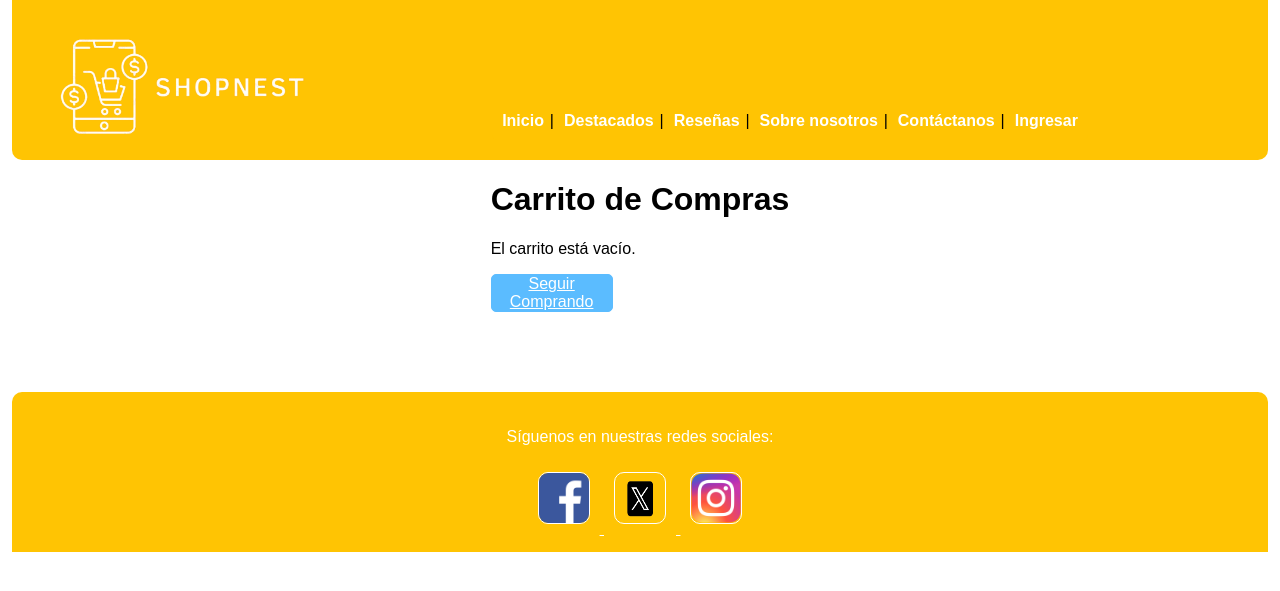
Repository: Regmalek07/ProyectoU
Page: carrito.html
The author's editor kept a copy of each file at every save. The page is drawn from the files as they stood at one save, then again after the next save.
The browser window is 1280 px wide. The pictures show the whole page.

Above is the page before, as saved 2024-04-30 02:12:53.

### carrito.html
<!DOCTYPE html>
<html lang="es">
<head>
    <meta charset="UTF-8">
    <meta name="viewport" content="width=device-width, initial-scale=1.0">
    <title>Carrito de Compras</title>
    <link rel="stylesheet" href="styles/styles1.css">
</head>
<body>
    <header>
        <div class="logo">
            <a href="home.html">
                <img src="images/Logo_1.png" alt="LogoShop">
            </a>
        </div>
            <nav class="menu-container">
                <ul>
                    <li><a href="home.html">Inicio</a><span>|</span></li>
                    <li><a href="destacado.html">Destacados</a><span>|</span></li>
                    <li><a href="resena.html">Reseñas</a><span>|</span></li>
                    <li><a href="sobre_nosotros.html">Sobre nosotros</a><span>|</span></li>
                    <li><a href="contacto.html">Contáctanos</a><span>|</span></li>
                    <li id="btCarrito"><a href="carrito.html">Carrito</a><span>|</span></li>
                    <li id="btIngresar" class="menu"> <!-- Cambia la clase a "menu" -->
                        <a>Ingresar</a>
                        <ul>
                            <li><a href="inicio_sesion.html">Iniciar Sesion</a></li>
                            <li><a href="registro.html">Regístrate</a></li>
                        </ul>
                    </li>
                </ul>
            </nav>
        <nav>
            <button id="logout-button" onclick="logout()" style="display: none;">Cerrar sesión</button>
        </nav>
    </header>

    <main>
        <h1>Carrito de Compras</h1>
        <div id="carrito-container">
            <!-- Aquí se mostrarán los artículos del carrito -->
        </div>
        <div class="comprar">
            <a href="home.html">Seguir Comprando</a>
        </div>
    </main>

    <footer>
        <p>Síguenos en nuestras redes sociales:</p>
        <div>
            <a href="https://www.facebook.com/tu_pagina" target="_blank">
                <img src="images/faceLogo.png" alt="Facebook" class="redes">
            </a>
            <a href="https://twitter.com/tu_pagina" target="_blank">
                <img src="images/xLogo.png" alt="Twitter" class="redes">
            </a>
            <a href="https://www.instagram.com/tu_pagina" target="_blank">
                <img src="images/instaLogo.png" alt="Instagram" class="redes">
            </a>
        </div>
    </footer>
    <script src="agregarcarrito.js"></script>
    <script src="carrito.js"></script>
    <script src="localsesion.js"></script>
</body>
</html>

### styles/styles1.css
/* Estilos generales */
body {
    font-family: Arial, sans-serif;
    margin: 0;
    padding: 0;
    display: flex;
    flex-direction: column;
    align-items: center;
}

header {
    background-color: #ffc403;
    padding: 20px;
    display: flex;
    justify-content: space-between;
    align-items: center;
    max-height: 120px;
    width: 95%;
    border-bottom-left-radius: 10px;
    border-bottom-right-radius: 10px;
}

footer {
    background-color: #ffc403;
    margin-top: 80px;
    padding: 20px;
    text-align: center;
    max-height: 120px;
    width: 95%;
    border-top-left-radius: 10px;
    border-top-right-radius: 10px;
}

footer a, footer p {
    color: #fff;
}

.logo img {
    width: 300px;
}

.catalogo {
    text-align: center;
    padding: 20px;
}

.productos {
    display: flex;
    justify-content: center;
    flex-wrap: wrap;
    gap: 20px;
    height: 550px;
}

.producto {
    margin: 20px;
    padding: 20px;
    border: 1px solid #ccc;
    border-radius: 10px;
    width: 250px;
}

.producto img {
    width: 100%;
    height: 50%;
    border-radius: 10px;
}

.producto h2 {
    margin-top: 10px;
}

.producto p {
    margin-top: 10px;
}

button {
    background-color: #5BBCFF;
    color: #fff;
    padding: 10px 20px;
    border: none;
    border-radius: 5px;
    cursor: pointer;
}

.menu-container {
    background-color: #ffc403; /* Color del encabezado */
    padding: 10px 0; /* Agrega un poco de espacio alrededor del menú */
    padding: 10px;
    border-left: 2px;
    border-right: 2px;
    border-bottom: 2px;
    border-bottom-left-radius: 5px;
    border-bottom-right-radius: 5px;
}

nav {
    margin-top: auto;

}

nav ul {
    list-style-type: none;
    margin: 0;
    padding: 0;
    display: flex;
    justify-content: center;
}

nav li {
    margin-right: 20px;
    position: relative;
}

nav li:last-child {
    margin-right: 0;
}

nav span {
    position: absolute;
    top: 50%;
    right: -10px;
    transform: translateY(-50%);
}

nav a {
    text-decoration: none;
    color: #fff;
    font-weight: bold;
}

nav a:hover {
    color: #105;
}

.menu {
    position: relative;
    text-align: center;
}

.menu ul {
    list-style-type: none;
    padding: 0;
    margin: 0;
    display: none; /* Oculta las opciones por defecto */
    position: absolute;
    left: 0;
    width: 150px;
    background-color: #ffc403; /* Color de fondo */
    border-radius: 5px; /* Redondea las esquinas */
}

.menu:hover ul {
    display: block; /* Muestra las opciones al pasar el ratón */
}

.menu ul li:first-child {
    border-top: none; /* Elimina el borde superior del primer elemento */
}

.menu ul li a {
    display: block;
    text-decoration: none;
    color: #fff; /* Color del texto */
    padding: 10px; /* Añade un relleno */
    width: 150px;
}

.menu ul li a:hover {
    color: #000; /* Cambia el color del texto al pasar el ratón */
}

.redes {
    margin: 10px;
    width: 50px;
    height: 50px;
    border: 1px solid #fff;
    border-radius: 10px;
}

.comprar {
    background-color: #5BBCFF;
    margin-top: 10px;
    height: auto;
    width: 120px;
    border: 1px solid #5BBCFF;
    border-radius: 5px;
    text-align: center;
}

.comprar a {
    text-align: center;
    color: #fff;
}

.imagen-producto {
    width: 100px; /* Ancho deseado */
    height: auto; /* Altura automática para mantener la proporción */
    /* Otros estilos si es necesario */
}

### agregarcarrito.js
// Definir la función para agregar un producto al carrito
function agregarAlCarrito(idProducto) {
    var productos = {
        "productos": [
            {
                "id": "producto1",
                "nombre": "Poratil ARIPro Gf16",
                "descripcion": "Fyzen 5 5535h, 8 Ram, 512 Ssd, pantalla táctil, Ideal para diseño",
                "precio": 2759000,
                "imagen": "portatil6.png"
            },
            {
                "id": "producto2",
                "nombre": "Poratil Pearpro 13 2024",
                "descripcion": "Laptop para trabajo, Chip N1, 256 GB de SSD, 8 GB de RAM",
                "precio": 2990000,
                "imagen": "Portatil2.png"
              },
              {
                "id": "producto3",
                "nombre": "Poratil Itech9 15.6'' 2023",
                "descripcion": "Para trabajar, estudiar, Ithel 12th, 256 GB de SSD, 8 GB de RAM",
                "precio": 1990000,
                "imagen": "portatil3.png"
              },
              {
                "id": "producto4",
                "nombre": "Poratil Lectus 16 Gaming",
                "descripcion": "Fyzen 5 7535hs 8 Ram 512 Ssd mtx 250 color negro mate",
                "precio": 2990000,
                "imagen": "portatil4.png"
              },
              {
                "id": "producto5",
                "nombre": "Poratil ARIPro Gf16",
                "descripcion": "Ithel 5 13th 16 Ram 512 Ssd mtx 350 color negro mate",
                "precio": 3990000,
                "imagen": "Portatil1.png"
              },
              {
                "id": "producto6",
                "nombre": "Potatil Innovi Q 15.6'' Gamgin",
                "descripcion": "Ithel 7 13th 16 Ram 512 m.2 nmve htx 450 color azul neon",
                "precio": 4390000,
                "imagen": "portatil5.png"
              },
              {
                "id": "producto7",
                "nombre": "Teclado Itech K52",
                "descripcion": "Retroiluminado antisalpicaduras color negro",
                "precio": 190000,
                "imagen": "teclado1.jpg"
              },
              {
                "id": "producto8",
                "nombre": "Diadema Itech Ares 210",
                "descripcion": "Con cancelación de ruido, sonido superior y sin límites",
                "precio": 263000,
                "imagen": "audifono1.jpg"
              },
              {
                "id": "producto9",
                "nombre": "Mouse Itech G110",
                "descripcion": "RGB, 6 botones, 8000dpi color negro con acabados fuscia",
                "precio": 153900,
                "imagen": "mouse1.png"
              },
              {
                "id": "producto10",
                "nombre": "Mouse Itech Zeta3",
                "descripcion": "6 botones, 6000dpi color negro, agarre antideslizante",
                "precio": 989000,
                "imagen": "mouse2.png"
              },
              {
                "id": "producto11",
                "nombre": "Teclado Irsat Z310",
                "descripcion": "Teclado 70%, Retroiluminado Rgb, Conexion Usb C",
                "precio": 240000,
                "imagen": "teclado2.png"
              },
              {
                "id": "producto12",
                "nombre": "Diadema JBlues",
                "descripcion": "Canceclacion de ruido, Conexión BT, jJack 3.0",
                "precio": 372000,
                "imagen": "audifono2.png"
              },
              {
                "id": "producto13",
                "nombre": "Silla V5 Cold Ergnomic",
                "descripcion": "Confortable y duradera, apoyabrazos ajustables",
                "precio": 1990000,
                "imagen": "silla3.png"
              },
              {
                "id": "producto14",
                "nombre": "Silla Ergonómica SecretWork",
                "descripcion": "Con sistema ergonomico y mejora de postura",
                "precio": 990000,
                "imagen": "silla2.png"
              },
              {
                "id": "producto15",
                "nombre": "Silla Gamer Anubis V201",
                "descripcion": "Ergonómica y confiable, comodidad en todo momento",
                "precio": 1310000,
                "imagen": "silla1.png"
              }
        ]
    };

    // Buscar el producto por su ID en el JSON
    var productoSeleccionado = productos.productos.find(function(producto) {
        return producto.id === idProducto;
    });

    // Verificar si se encontró el producto
    if (productoSeleccionado) {
        // Obtener el carrito del almacenamiento local o crear uno vacío si no existe
        var carrito = JSON.parse(localStorage.getItem("carrito")) || [];

        // Agregar el producto al carrito
        carrito.push(productoSeleccionado);

        // Guardar el carrito actualizado en el almacenamiento local
        localStorage.setItem("carrito", JSON.stringify(carrito));

        // Notificar al usuario que el producto se agregó al carrito
        alert("El producto se ha agregado al carrito correctamente.");
    } else {
        // Notificar al usuario si no se encontró el producto
        alert("El producto seleccionado no está disponible.");
    }

}

### carrito.js
// Obtener el contenedor del carrito
var carritoContainer = document.getElementById("carrito-container");

// Función para mostrar los artículos del carrito
function mostrarCarrito() {
    // Obtener los datos del carrito del almacenamiento local
    var carrito = JSON.parse(localStorage.getItem("carrito")) || [];

    // Limpiar el contenido del contenedor del carrito
    carritoContainer.innerHTML = "";

    // Verificar si el carrito está vacío
    if (carrito.length === 0) {
        carritoContainer.innerHTML = "<p>El carrito está vacío.</p>";
    } else {
        // Recorrer cada artículo en el carrito
        carrito.forEach(function (producto) {
            // Crear elementos HTML para mostrar la información del producto
            var productoDiv = document.createElement("div");
            productoDiv.classList.add("producto-carrito");
            productoDiv.innerHTML = `
                <img src="images/${producto.imagen}" alt="${producto.nombre}">
                <h2>${producto.nombre}</h2>
                <p>${producto.descripcion}</p>
                <h3>${producto.precio}</h3>
                <button onclick="eliminarDelCarrito('${producto.id}')">Eliminar del carrito</button>
            `;

            // Agregar el producto al contenedor del carrito
            carritoContainer.appendChild(productoDiv);
        });
    }
}

// Función para eliminar un artículo del carrito
function eliminarDelCarrito(idProducto) {
    // Obtener el carrito del almacenamiento local
    var carrito = JSON.parse(localStorage.getItem("carrito")) || [];

    // Filtrar el carrito para excluir el producto con el ID dado
    var nuevoCarrito = carrito.filter(function (producto) {
        return producto.id !== idProducto;
    });

    // Guardar el nuevo carrito en el almacenamiento local
    localStorage.setItem("carrito", JSON.stringify(nuevoCarrito));

    // Actualizar la visualización del carrito
    mostrarCarrito();
}

// Llamar a la función mostrarCarrito cuando la página se cargue
document.addEventListener("DOMContentLoaded", mostrarCarrito);

### localsesion.js
// Función para cerrar sesión
function logout() {
    // Eliminar el estado de autenticación del almacenamiento local
    localStorage.removeItem("authenticated");
    // Redirigir al usuario al inicio de sesión
    window.location.href = "inicio_sesion.html";
}
document.addEventListener("DOMContentLoaded", function() {
    // Verificar el estado de autenticación al cargar la página
    var isAuthenticated = localStorage.getItem("authenticated");

    if (isAuthenticated) {
        // Si el usuario está autenticado, mostrar el botón de cierre de sesión
        document.getElementById("logout-button").style.display = "block";
    } else {
        // Si el usuario no está autenticado, ocultar el botón de cierre de sesión
        document.getElementById("logout-button").style.display = "none";
    }

    var btnIngresar = document.getElementById("btIngresar");

    if (isAuthenticated) {
        // Si el usuario está autenticado, ocultar el botón de Ingresar
        btIngresar.style.display = "none";
    } else {
        // Si el usuario no está autenticado, mostrar el botón de Ingresar
        btIngresar.style.display = "block";
    }

    var btnCarrito = document.getElementById("btCarrito");

    if (isAuthenticated) {
        // Si el usuario está autenticado, ocultar el botón de Ingresar
        btCarrito.style.display = "block";
    } else {
        // Si el usuario no está autenticado, mostrar el botón de Ingresar
        btCarrito.style.display = "none";
    }
});

After the next save:
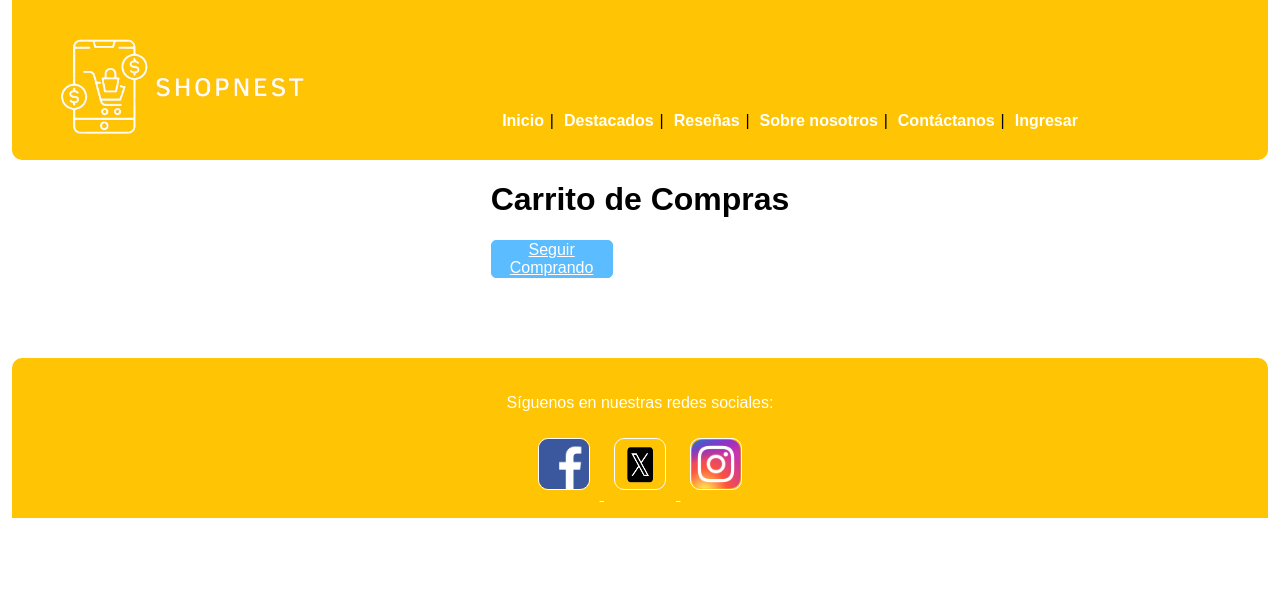
Console error: ReferenceError: carrito is not defined
Saved 48 s later.
--- a/carrito.js
+++ b/carrito.js
@@ -1,6 +1,19 @@
 // Obtener el contenedor del carrito
 var carritoContainer = document.getElementById("carrito-container");
+// Obtener la referencia al contenedor de productos
+var carritoContainer = document.getElementById("carrito-container");
 
+// Iterar sobre los productos en el carrito
+carrito.forEach(function(producto) {
+    // Crear un elemento de imagen
+    var imagen = document.createElement("img");
+    // Establecer la ruta de la imagen
+    imagen.src = producto.imagen;
+    // Añadir una clase para aplicar estilos CSS si es necesario
+    imagen.classList.add("imagen-producto");
+    // Agregar el producto al contenedor
+    carritoContainer.appendChild(imagen);
+});
 // Función para mostrar los artículos del carrito
 function mostrarCarrito() {
     // Obtener los datos del carrito del almacenamiento local

After the 3 saves that followed:
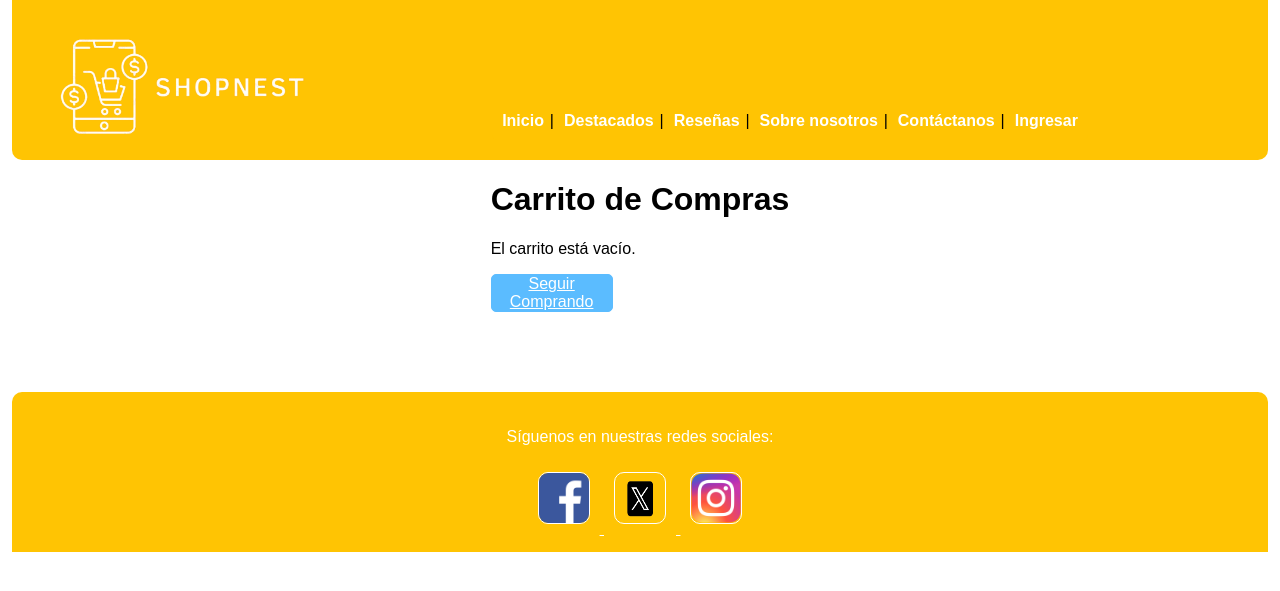
The error is gone.
The 3 saves are shown as one change because 2 left the picture as it was.
The last was saved 110 s later.
--- a/carrito.html
+++ b/carrito.html
@@ -59,7 +59,6 @@
             </a>
         </div>
     </footer>
-    <script src="agregarcarrito.js"></script>
     <script src="carrito.js"></script>
     <script src="localsesion.js"></script>
 </body>
--- a/carrito.js
+++ b/carrito.js
@@ -1,19 +1,6 @@
 // Obtener el contenedor del carrito
 var carritoContainer = document.getElementById("carrito-container");
-// Obtener la referencia al contenedor de productos
-var carritoContainer = document.getElementById("carrito-container");
 
-// Iterar sobre los productos en el carrito
-carrito.forEach(function(producto) {
-    // Crear un elemento de imagen
-    var imagen = document.createElement("img");
-    // Establecer la ruta de la imagen
-    imagen.src = producto.imagen;
-    // Añadir una clase para aplicar estilos CSS si es necesario
-    imagen.classList.add("imagen-producto");
-    // Agregar el producto al contenedor
-    carritoContainer.appendChild(imagen);
-});
 // Función para mostrar los artículos del carrito
 function mostrarCarrito() {
     // Obtener los datos del carrito del almacenamiento local
